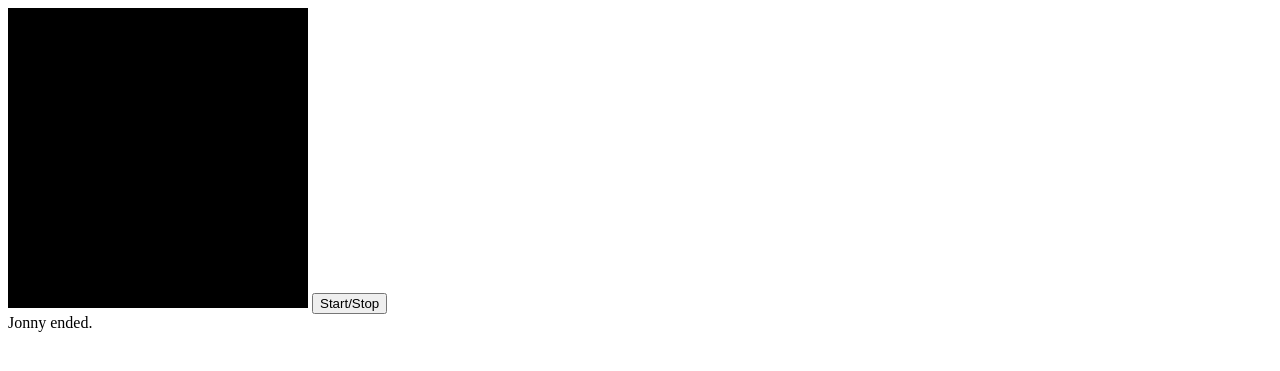
Repository: shadowroot/workspace
Page: http://localhost/test.php
The author's editor kept a copy of each file at every save. The page is drawn from the files as they stood at one save, then again after the next save.
The browser window is 1280 px wide. The pictures show the whole page.
After loading, the first visible `#pause` was clicked once.
The page is run by PHP 8.4 with error messages shown; the project is at /var/www/html/.

Above is the page before, as saved 2012-02-08 20:58:39.

After the next save:
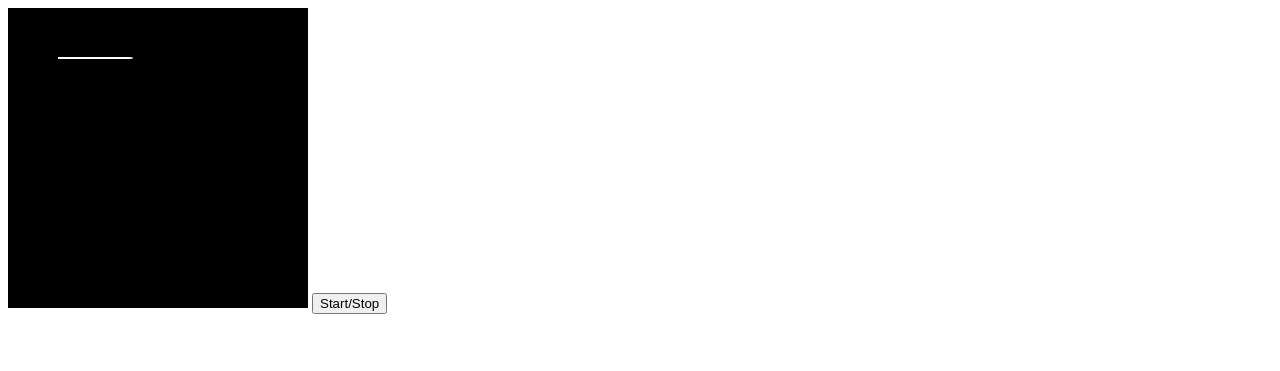
Saved 17 s later.
--- a/javascript_achtung_die_kurve/test.php
+++ b/javascript_achtung_die_kurve/test.php
@@ -106,9 +106,9 @@ function game(){
 			var x = game.hero[i].x+game.hero[i].direction[0];
 			var y = game.hero[i].y+game.hero[i].direction[1];
 			game.ctx.moveTo(game.hero[i].x,game.hero[i].y);
-			if((game.ctx.getImageData(x,y,1,1).data[0] == 0) &&
+			if((game.ctx.getImageData(x,y,1,1).data[0] == 0)/* &&
 			(game.ctx.getImageData(x,y,1,1).data[1] == 0) && (game.ctx.getImageData(x,y,1,1).data[2] == 0) &&
-			(game.ctx.getImageData(x,y,1,1)[3] == 0) && (x<game.canvas.width) && (x>0) && (y<game.canvas.height) && (y>0)){
+			(game.ctx.getImageData(x,y,1,1)[3] == 0) && (x<game.canvas.width) && (x>0) && (y<game.canvas.height) && (y>0)*/){
 						game.ctx.lineTo(x,y);
 
 						game.ctx.strokeStyle=game.hero[i].color;
